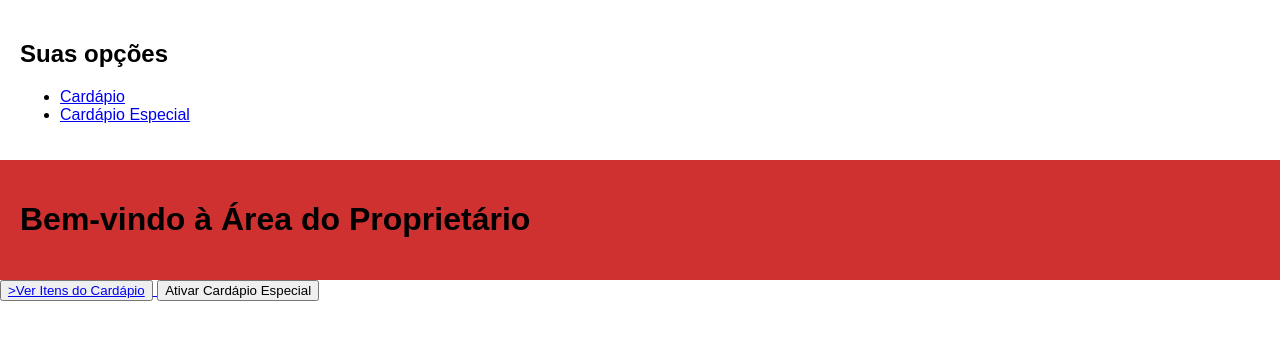
Repository: eupordias/frontarnia
Page: AULA 06/RESTAURANTE/proprietario.html
The author's editor kept a copy of each file at every save. The page is drawn from the files as they stood at one save, then again after the next save.
The browser window is 1280 px wide. The pictures show the whole page.

Above is the page before, as saved 2023-08-08 13:28:27.

After the next save:
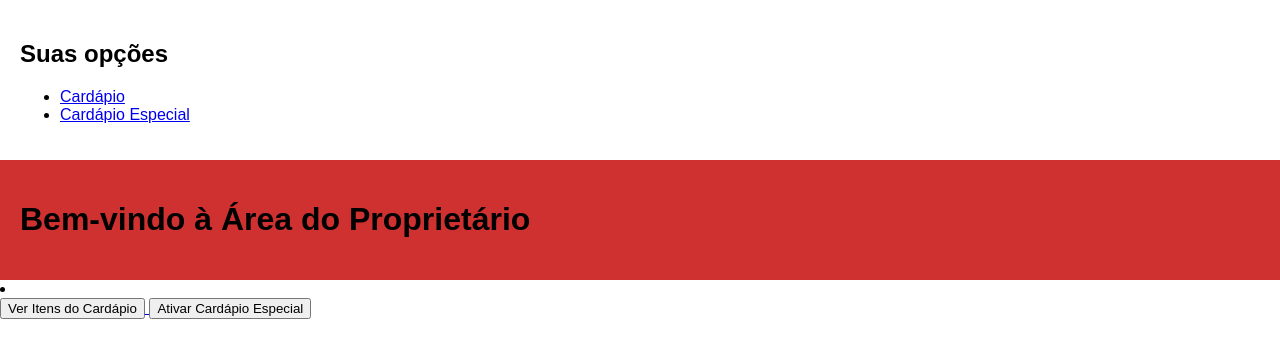
Saved 22 min 43 s later.
--- a/AULA 06/RESTAURANTE/proprietario.html
+++ b/AULA 06/RESTAURANTE/proprietario.html
@@ -17,9 +17,9 @@
     <header>
       <h1>Bem-vindo à Área do Proprietário</h1>
     </header>
-    <button id="visualizarCardapio"<li><a href="itens.html"</a></li>>Ver Itens do Cardápio
+    <li><a href="itens.html"</a></li>
+      <button id="visualizarCardapio">Ver Itens do Cardápio</button>
 
-    </button>
     <button id="ativarCardapioEspecial">Ativar Cardápio Especial</button>
 
     <script>
